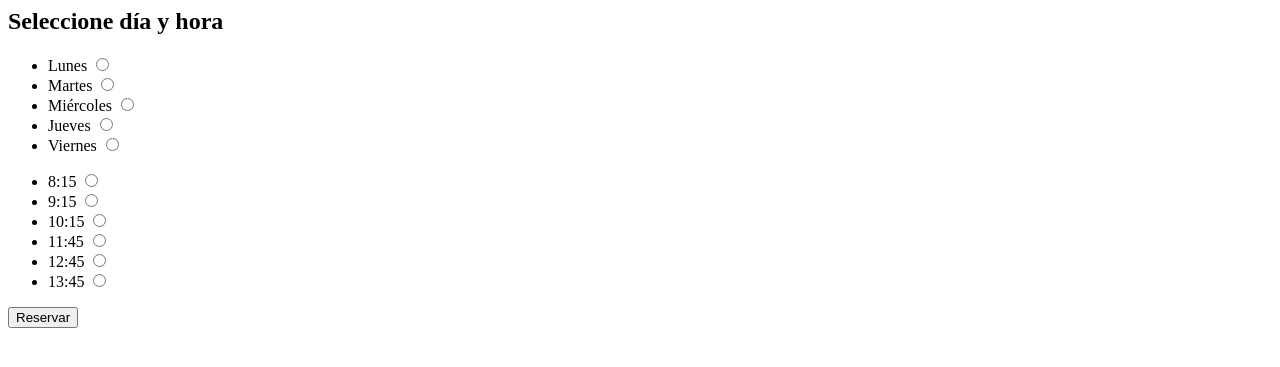
Repository: maguria/Reservas
Page: plantillas/usuarios-tarea.html
The author's editor kept a record of every edit. The page is drawn from the files as they stood at one moment, then again after the next edit.
The browser window is 1280 px wide. The pictures show the whole page.

Above is the page before.

### plantillas/usuarios-tarea.html

    <form class="navbar-form navbar-right" id="formAsignar">
        <h2>Seleccione día y hora</h2>
                <ul>
                    <li>Lunes <input type="radio" name="diaTarea" value="L" ng-model="cUsuarios.radio.dia"></li>
                    <li>Martes <input type="radio" name="diaTarea" value="M" ng-model="cUsuarios.radio.dia"></li>
                    <li>Miércoles <input type="radio" name="diaTarea" value="X" ng-model="cUsuarios.radio.dia"></li>
                    <li>Jueves <input type="radio" name="diaTarea" value="J" ng-model="cUsuarios.radio.dia"></li>
                    <li>Viernes <input type="radio" name="diaTarea" value="V" ng-model="cUsuarios.radio.dia"></li>

                </ul>
        </div>
        <div class="itemlista">
                <ul>
                    <li>8:15  <input type="radio" name="horaTarea" value="8" ng-model="cUsuarios.radio.hora"></li>
                    <li>9:15  <input type="radio" name="horaTarea" value="9" ng-model="cUsuarios.radio.hora"></li>
                    <li>10:15  <input type="radio" name="horaTarea" value="10" ng-model="cUsuarios.radio.hora"></li>
                    <li>11:45 <input type="radio" name="horaTarea" value="11" ng-model="cUsuarios.radio.hora"></li>
                    <li>12:45 <input type="radio" name="horaTarea" value="12" ng-model="cUsuarios.radio.hora"></li>
                    <li>13:45 <input type="radio" name="horaTarea" value="13" ng-model="cUsuarios.radio.hora"></li>
        </div>
 <div class="boton"><button id="bttarea" type="submit" class="btn btn-success btlogin" ng-click="cUsuarios.usuarioTarea()">Reservar</button></div>
    </form>

After the next edit:
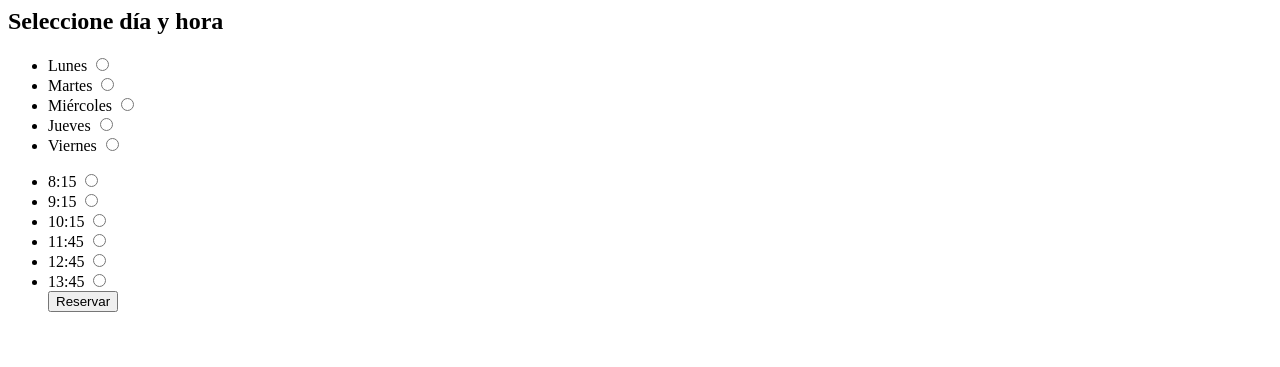
The edit:
--- a/plantillas/usuarios-tarea.html
+++ b/plantillas/usuarios-tarea.html
@@ -9,8 +9,6 @@
                     <li>Viernes <input type="radio" name="diaTarea" value="V" ng-model="cUsuarios.radio.dia"></li>
 
                 </ul>
-        </div>
-        <div class="itemlista">
                 <ul>
                     <li>8:15  <input type="radio" name="horaTarea" value="8" ng-model="cUsuarios.radio.hora"></li>
                     <li>9:15  <input type="radio" name="horaTarea" value="9" ng-model="cUsuarios.radio.hora"></li>

After the edit that followed:
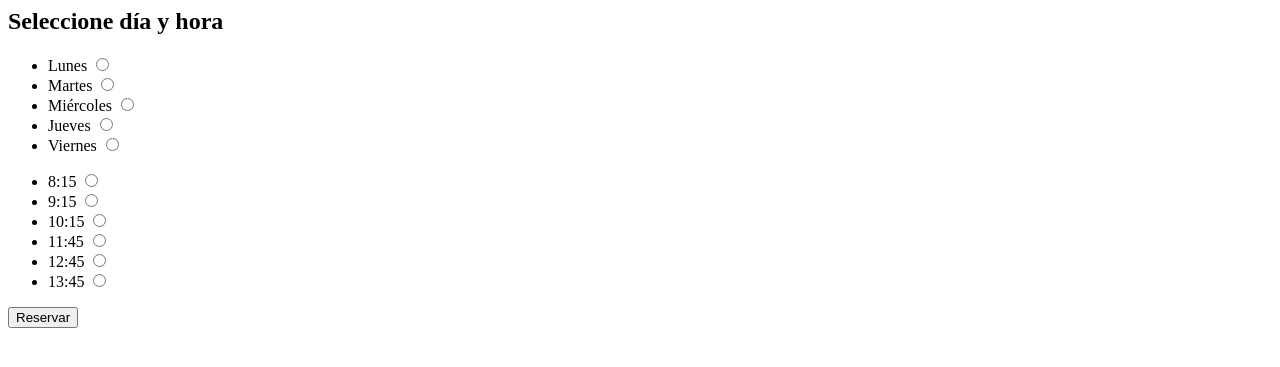
The edit:
--- a/plantillas/usuarios-tarea.html
+++ b/plantillas/usuarios-tarea.html
@@ -16,6 +16,6 @@
                     <li>11:45 <input type="radio" name="horaTarea" value="11" ng-model="cUsuarios.radio.hora"></li>
                     <li>12:45 <input type="radio" name="horaTarea" value="12" ng-model="cUsuarios.radio.hora"></li>
                     <li>13:45 <input type="radio" name="horaTarea" value="13" ng-model="cUsuarios.radio.hora"></li>
-        </div>
+                </ul>
  <div class="boton"><button id="bttarea" type="submit" class="btn btn-success btlogin" ng-click="cUsuarios.usuarioTarea()">Reservar</button></div>
     </form>
